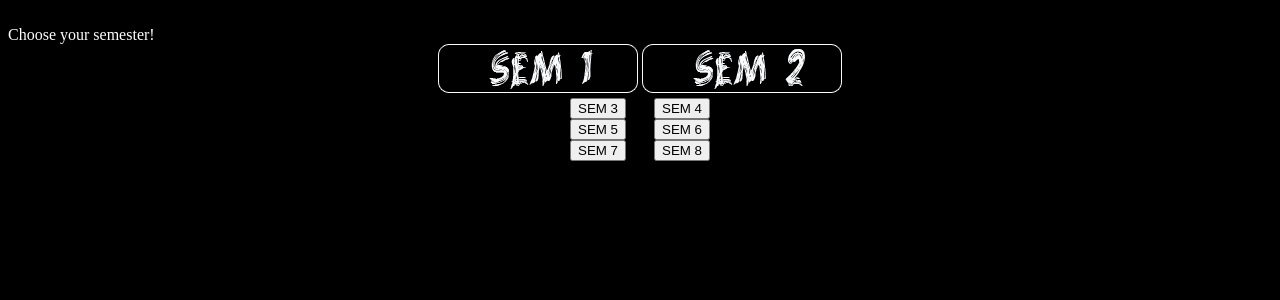
Repository: vigineshs/Mobile-Applications
Page: AnnaUniv GPA Calc/AnnaUniv GPA Calculator Updated/assets/www/reg08ee.html
These files come from the project's save history. The page is drawn as it stood at one moment and after the next save; the edit follows.
The browser window is 1280 px wide. The pictures show the whole page.

Above is the page before, as saved 2012-05-06 03:26:26.

### AnnaUniv GPA Calc/AnnaUniv GPA Calculator Updated/assets/www/reg08ee.html
<!DOCTYPE HTML>
<html>
<head>
<title>GPA</title>
<script type="text/javascript" charset="utf-8" src="/AnnaUniv GPA Calculator/assets/www/cordova-1.7.0.js"></script>

</head>
<body style="background-color:black; color:white" >
<br /> Choose your semester! <br /> <center>
<a href="ece08sem1.html" onmouseover="document.cont.src='sem1.png'" onclick="document.cont.src='sem1.png'" onMouseOut="document.cont.src='sem11.png'" ><img src="sem11.png" name="cont" border="0" /></a>
<a href="eee08sem2.html" onmouseover="document.conta.src='sem2.png'" onclick="document.conta.src='sem2.png'" onMouseOut="document.conta.src='sem21.png'" ><img src="sem21.png" name="conta" border="0" /></a><br />
<a href="eee08sem3.html"><input type="button" value="SEM 3" /></a>&nbsp;&nbsp;&nbsp;&nbsp;&nbsp;&nbsp;
<a href="eee08sem4.html"><input type="button" value="SEM 4" /></a><br />
<a href="eee08sem5.html"><input type="button" value="SEM 5" /></a>&nbsp;&nbsp;&nbsp;&nbsp;&nbsp;&nbsp;
<a href="eee08sem6.html"><input type="button" value="SEM 6" /></a><br />
<a href="eee08sem7.html"><input type="button" value="SEM 7" /></a>&nbsp;&nbsp;&nbsp;&nbsp;&nbsp;&nbsp;
<a href="eee08sem8.html"><input type="button" value="SEM 8" /></a><br />
</center>
</body>
</html>

Loaded but not shown: AnnaUniv GPA Calc/AnnaUniv GPA Calculator Updated/assets/www/cordova-1.7.0.js (library)

After the next save:
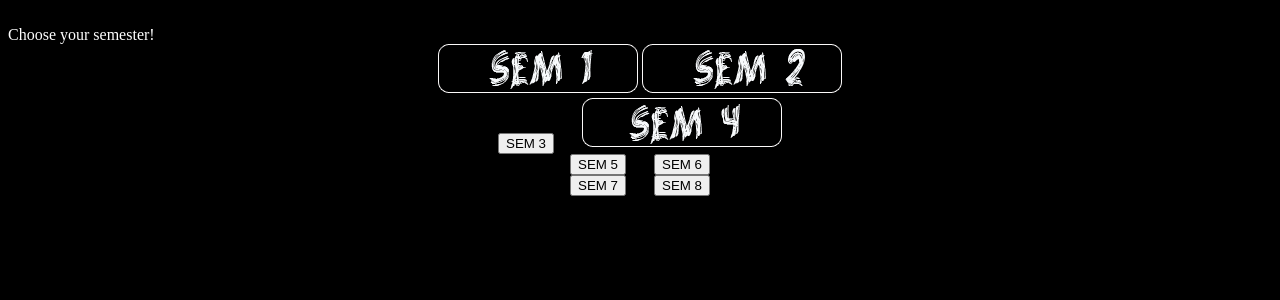
Saved 18 s later.
--- a/AnnaUniv GPA Calc/AnnaUniv GPA Calculator Updated/assets/www/reg08ee.html
+++ b/AnnaUniv GPA Calc/AnnaUniv GPA Calculator Updated/assets/www/reg08ee.html
@@ -10,7 +10,7 @@
 <a href="ece08sem1.html" onmouseover="document.cont.src='sem1.png'" onclick="document.cont.src='sem1.png'" onMouseOut="document.cont.src='sem11.png'" ><img src="sem11.png" name="cont" border="0" /></a>
 <a href="eee08sem2.html" onmouseover="document.conta.src='sem2.png'" onclick="document.conta.src='sem2.png'" onMouseOut="document.conta.src='sem21.png'" ><img src="sem21.png" name="conta" border="0" /></a><br />
 <a href="eee08sem3.html"><input type="button" value="SEM 3" /></a>&nbsp;&nbsp;&nbsp;&nbsp;&nbsp;&nbsp;
-<a href="eee08sem4.html"><input type="button" value="SEM 4" /></a><br />
+<a href="eee08sem4.html" onmouseover="document.contz.src='sem4.png'" onclick="document.contz.src='sem4.png'" onMouseOut="document.contz.src='sem41.png'" ><img src="sem41.png" name="contz" border="0" /></a><br />
 <a href="eee08sem5.html"><input type="button" value="SEM 5" /></a>&nbsp;&nbsp;&nbsp;&nbsp;&nbsp;&nbsp;
 <a href="eee08sem6.html"><input type="button" value="SEM 6" /></a><br />
 <a href="eee08sem7.html"><input type="button" value="SEM 7" /></a>&nbsp;&nbsp;&nbsp;&nbsp;&nbsp;&nbsp;
